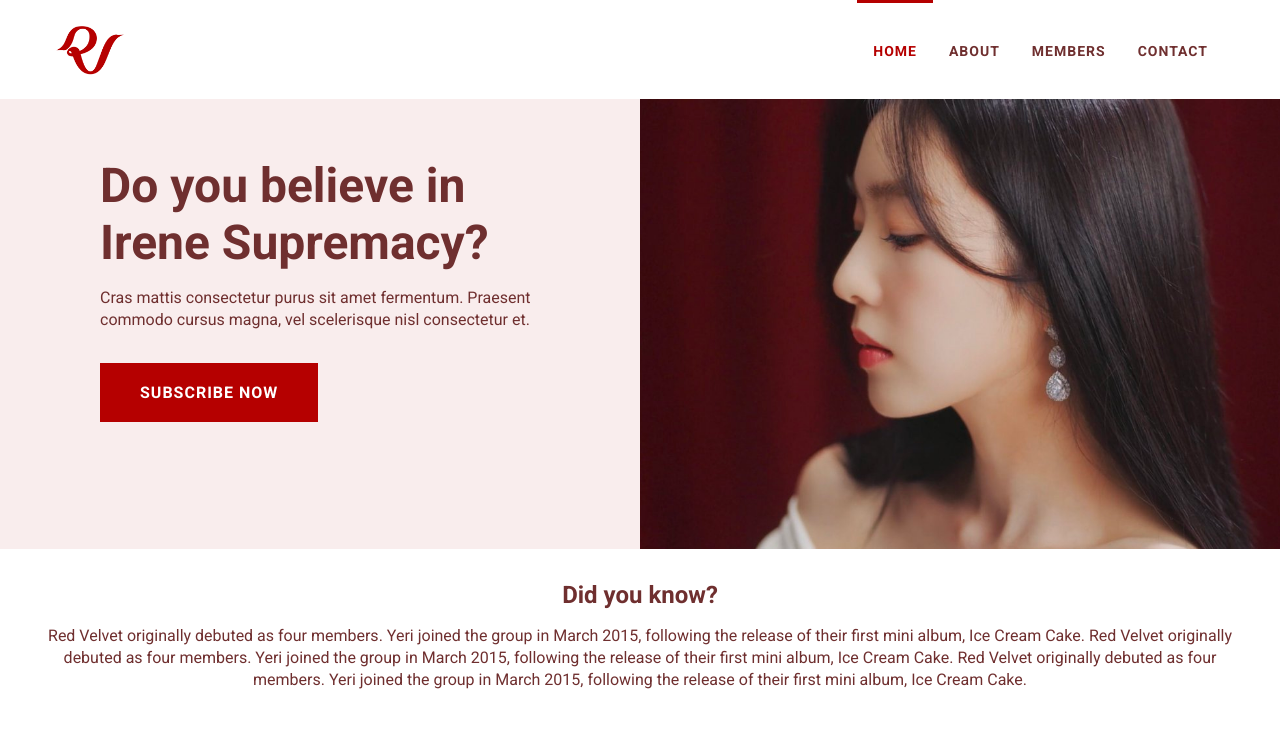
Repository: stillnotdavid/eternity-university
Page: app/index.html
The author's editor kept a copy of each file at every save. The page is drawn from the files as they stood at one save, then again after a run of saves.
The browser window is 1280 px wide. The pictures show the whole page.
The style sheet was rebuilt from its Sass, Less or Tailwind sources for each picture, by a compiler version that may differ from the author's.

Above is the page before, as saved 2021-12-03 23:47:51.

### app/index.html
<!doctype html>
<html class="no-js" lang="">

<head>
  <meta charset="utf-8">
  <meta name="description" content="">

  <meta name="viewport" content="width=device-width, initial-scale=1, shrink-to-fit=no">
  <title>Red Velvet Fansite</title>
  <link rel="apple-touch-icon" href="apple-touch-icon.png">
  <!-- Place favicon.ico in the root directory -->
  <!-- build:css styles/vendor.css -->
  <!-- endbuild -->
  <!-- build:css styles/main.css -->
  <link rel="stylesheet" href="styles/main.css">
  <!-- endbuild -->
  <!-- build:js scripts/modernizr.js -->
  <script src="scripts/modernizr.js"></script>
  <!-- endbuild -->
</head>

<body>
  <!--[if IE]>
      <p class="browserupgrade">You are using an <strong>outdated</strong> browser. Please <a href="http://browsehappy.com/">upgrade your browser</a> to improve your experience.</p>
    <![endif]-->
  <header class="header">
    <div class="container header__container">
      <a class="header__logo" href="#"><img class="header__logo-image" src="images/logo.png"
          alt="Red Velvet Logo" /></a>
      <nav class="header__nav">
        <ul class="header__nav-links">
          <li class="header__nav-item">
            <a class="header__nav-link header__nav-link--active" href="">Home</a>
          </li>
          <li class="header__nav-item">
            <a class="header__nav-link" href="">About</a>
          </li>
          <li class="header__nav-item">
            <a class="header__nav-link" href="">Members</a>
          </li>
          <li class="header__nav-item">
            <a class="header__nav-link" href="">Contact</a>
          </li>
        </ul>
      </nav>
    </div>
  </header>
  <section class="hero">
    <div class="hero__cta">
      <h1>Do you believe in Irene Supremacy?</h1>
      <p>Cras mattis consectetur purus sit amet fermentum. Praesent commodo cursus magna, vel scelerisque nisl
        consectetur et.</p>
      <a class="button-primary" href="">Subscribe Now</a>
    </div>
    <div class="hero__image">
    </div>
  </section>
  <section class="trivia">
    <div class="trivia__title">Did you know?</div>
    <p>Red Velvet originally debuted as four members. Yeri joined the group in March 2015, following the release of
      their first mini album, Ice Cream Cake. Red Velvet originally debuted as four members. Yeri joined the group in
      March 2015, following the release of
      their first mini album, Ice Cream Cake. Red Velvet originally debuted as four members. Yeri joined the group in
      March 2015, following the release of
      their first mini album, Ice Cream Cake.</p>
  </section>

  <!-- build:js scripts/vendor.js -->
  <!-- endbuild -->
  <!-- build:js scripts/main.js -->
  <script src="scripts/main.js"></script>
  <!-- endbuild -->
</body>

</html>

### app/styles/main.scss
@import 'partials/colors';
@import 'partials/spacing';
@import 'partials/typography';

@import 'components/button';
@import 'components/header';
@import 'components/hero';
@import 'components/trivia';


* {
  box-sizing: border-box;
}

html,
body {
  padding: 0;
  margin: 0;
}

.container {
  display: flex;
  width: 1200px;
  max-width: 1200px;
  margin: 0 auto;
  padding: 0 $spacing-large;
}

### app/styles/partials/_colors.scss
$color-primary: #B50000;
$color-secondary: #6F2F2F;

$background-primary: #F9EDED;

### app/styles/partials/_spacing.scss
$spacing-xsmall: 2px;
$spacing-small: 4px;
$spacing-medium: 8px;
$spacing-large: 16px;
$spacing-xlarge: 32px;

### app/styles/partials/_typography.scss
@import url('https://fonts.googleapis.com/css2?family=Roboto:wght@400;500;700&display=swap');


body,
html {
  font-family: 'Roboto', sans-serif;
}


$font-small: 14px;
$font-medium: 16px;
$font-large: 18px;
$font-xlarge: 24px;
$font-xxxlarge: 48px;

$font-regular: 400;
$font-medium: 500;
$font-bold: 700;


h1 {
  font-size: $font-xxxlarge;
  font-weight: $font-bold;
  color: $color-secondary;
  margin: $spacing-medium 0;
}

p {
  font-size: $font-medium;
  color: $color-secondary;
  line-height: 22px;
}

### app/styles/components/_button.scss
.button-primary {
  display: inline-block;
  background-color: $color-primary;
  padding: 20px 40px;
  text-decoration: none;
  color: white;
  font-size: $font-medium;
  font-weight: $font-bold;
  text-transform: uppercase;
  letter-spacing: 1px;
  margin: $spacing-large 0;
}

### app/styles/components/_header.scss
$_logo-height: 50px;


.header {

  &__container {
    justify-content: space-between;
  }

  &__logo {
    display: flex;
    align-items: center;

    &-image {
      height: $_logo-height;
    }
  }

  &__nav {

    &-links {
      display: flex;
      list-style-type: none;
      padding: 0;
      margin: 0;
    }

    &-item {
      display: flex;
    }

    &-link {
      padding: 40px $spacing-large;
      text-decoration: none;
      color: $color-secondary;
      text-transform: uppercase;
      font-size: $font-small;
      font-weight: $font-bold;
      letter-spacing: 1px;
      border-top: 3px solid transparent;

      &:hover,
      &--active {
        color: $color-primary;
        border-top: 3px solid $color-primary;
      }
    }
  }
}

### app/styles/components/_hero.scss
$_hero-height: 450px;

.hero {
  height: $_hero-height;
  background: $background-primary;
  display: flex;

  &__container {
    align-items: center;
  }

  &__cta {
    flex: 0 0 50%;
    padding: 50px 100px;
  }

  &__image {
    flex: 0 0 50%;
    height: 100%;
    background-image: url('../../images/hero.jpeg');
    background-size: cover;
    background-position: center center;
  }
}

### app/styles/components/_trivia.scss
.trivia {
  text-align: center;
  padding: $spacing-xlarge;

  &__title {
    font-size: $font-xlarge;
    font-weight: $font-bold;
    color: $color-secondary;
  }
}

Loaded but not shown: app/scripts/main.js (common file)

After the next 2 saves:
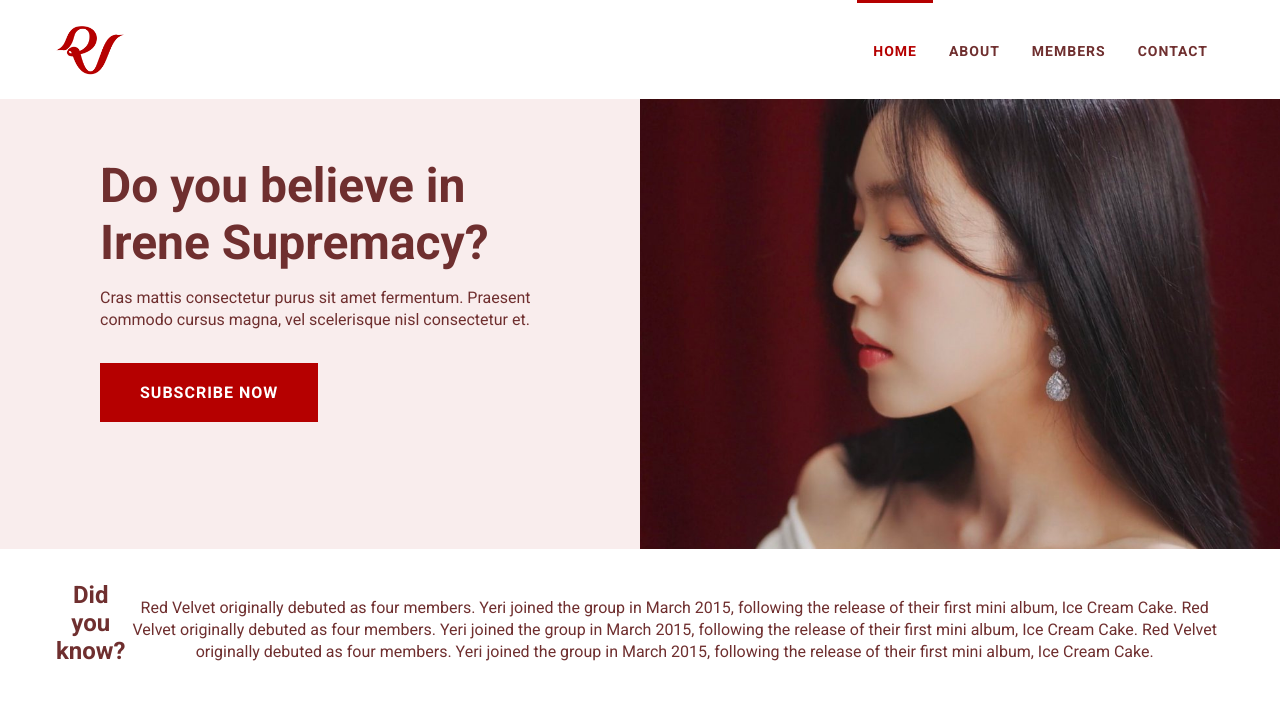
The 2 saves are shown as one change because they came seconds apart.
The last was saved 25 s later.
--- a/app/index.html
+++ b/app/index.html
@@ -56,13 +56,15 @@
     </div>
   </section>
   <section class="trivia">
-    <div class="trivia__title">Did you know?</div>
-    <p>Red Velvet originally debuted as four members. Yeri joined the group in March 2015, following the release of
-      their first mini album, Ice Cream Cake. Red Velvet originally debuted as four members. Yeri joined the group in
-      March 2015, following the release of
-      their first mini album, Ice Cream Cake. Red Velvet originally debuted as four members. Yeri joined the group in
-      March 2015, following the release of
-      their first mini album, Ice Cream Cake.</p>
+    <div class="container">
+      <div class="trivia__title">Did you know?</div>
+      <p>Red Velvet originally debuted as four members. Yeri joined the group in March 2015, following the release of
+        their first mini album, Ice Cream Cake. Red Velvet originally debuted as four members. Yeri joined the group in
+        March 2015, following the release of
+        their first mini album, Ice Cream Cake. Red Velvet originally debuted as four members. Yeri joined the group in
+        March 2015, following the release of
+        their first mini album, Ice Cream Cake.</p>
+    </div>
   </section>
 
   <!-- build:js scripts/vendor.js -->
